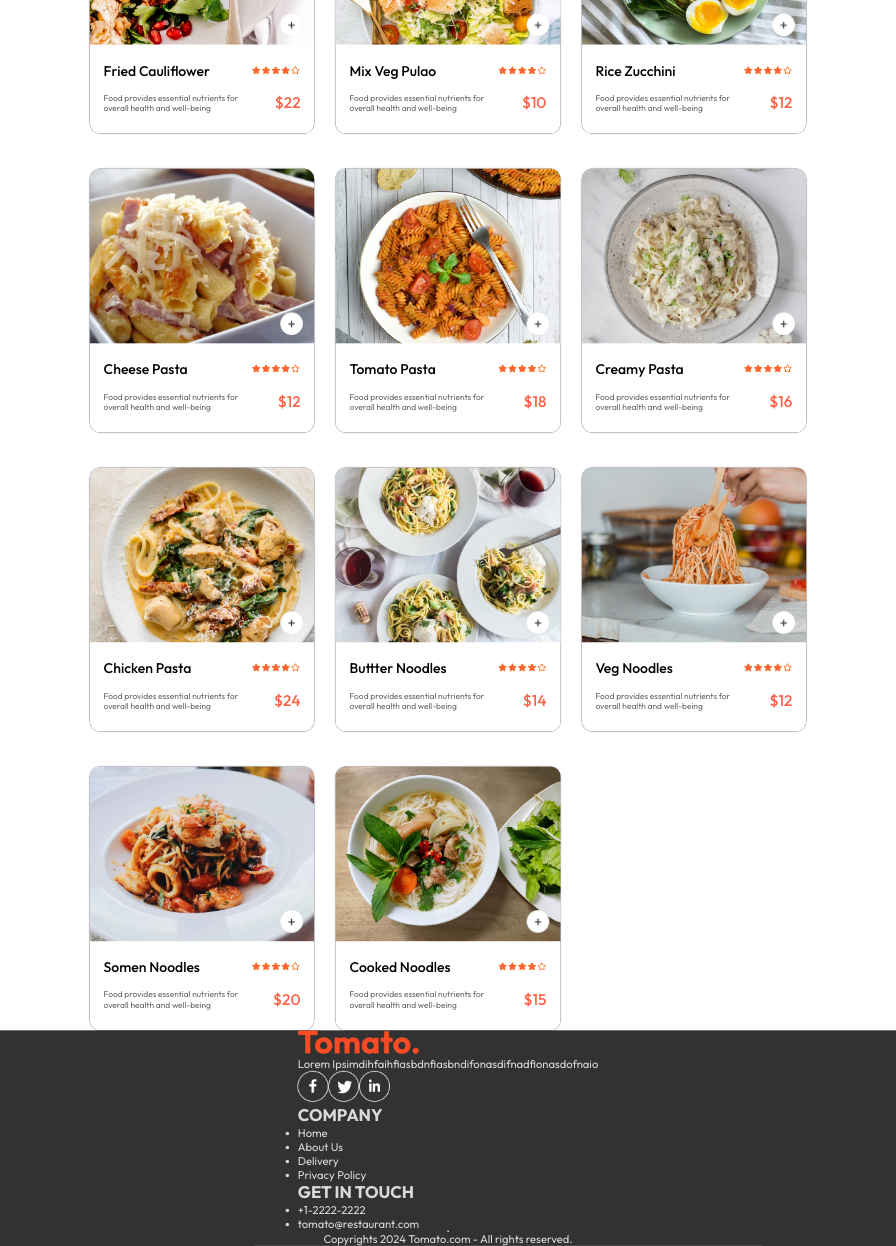
Repository: guilhermecardoso93/tomato-front-end
Page: /
The author's editor kept a copy of each file at every save. The page is drawn from the files as they stood at one save, then again after the next save.
The browser window is 1280 px wide. The pictures show the part of the page from y = 4167 to 6087 px (the page is 5947 px tall before and 6087 px after), at 70% of full size.
The project was rebuilt for these pictures with package versions that can differ from the ones it lists, and the page was loaded fresh each time. Also part of the build but not shown: vite.config.js, src/pages/Cart/styles.css, src/pages/Cart/index.jsx, src/pages/PlaceOrder/styles.css, src/pages/PlaceOrder/index.jsx.

Above is the page before, as saved 2024-10-31 18:52:24.

After the next save:
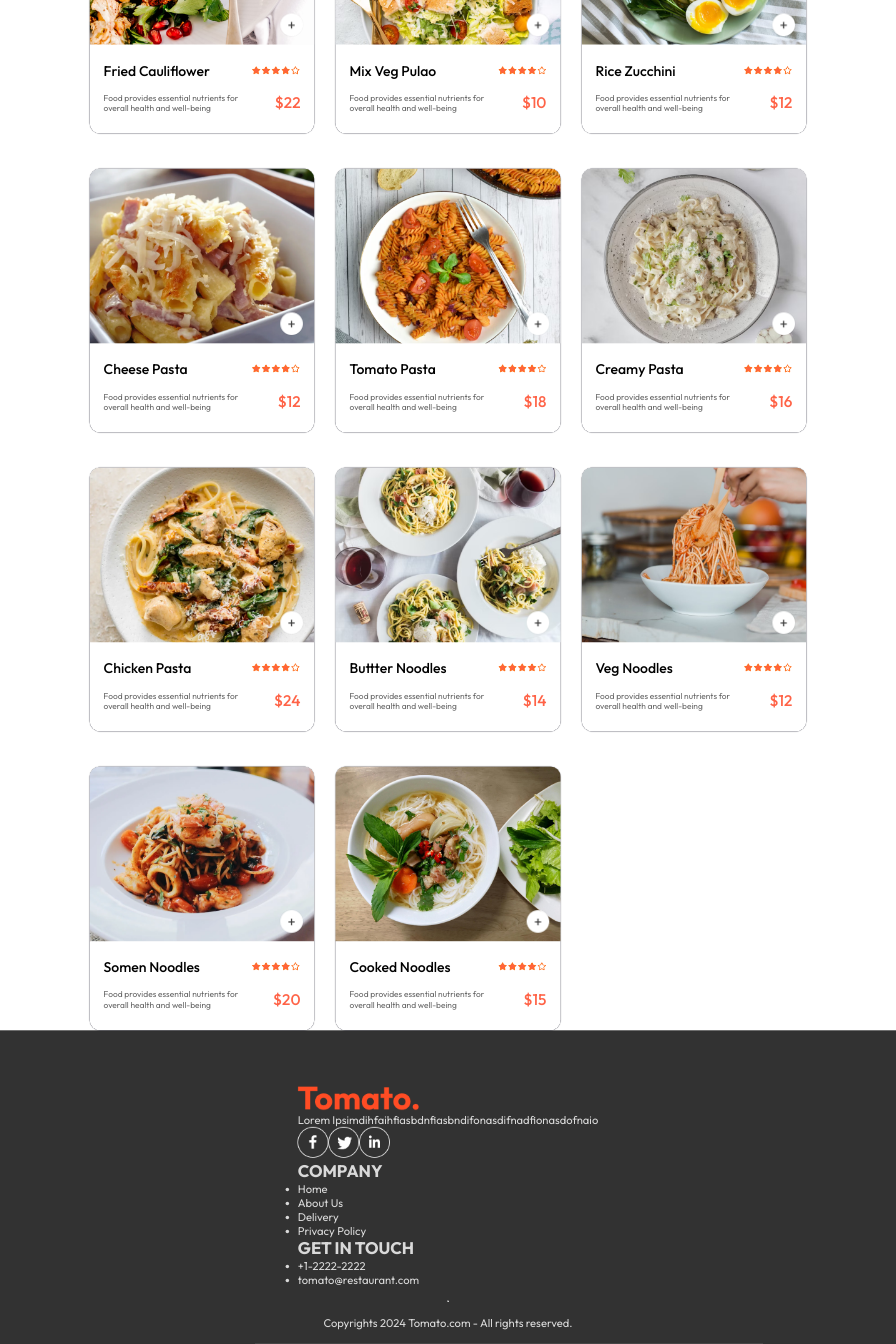
Saved 34 s later.
--- a/src/components/Footer/styles.css
+++ b/src/components/Footer/styles.css
@@ -4,4 +4,7 @@ footer {
   display: flex;
   align-items: center;
   flex-direction: column;
+  gap: 20px;
+  padding: 20px 8vw;
+  padding-top: 80px;
 }
